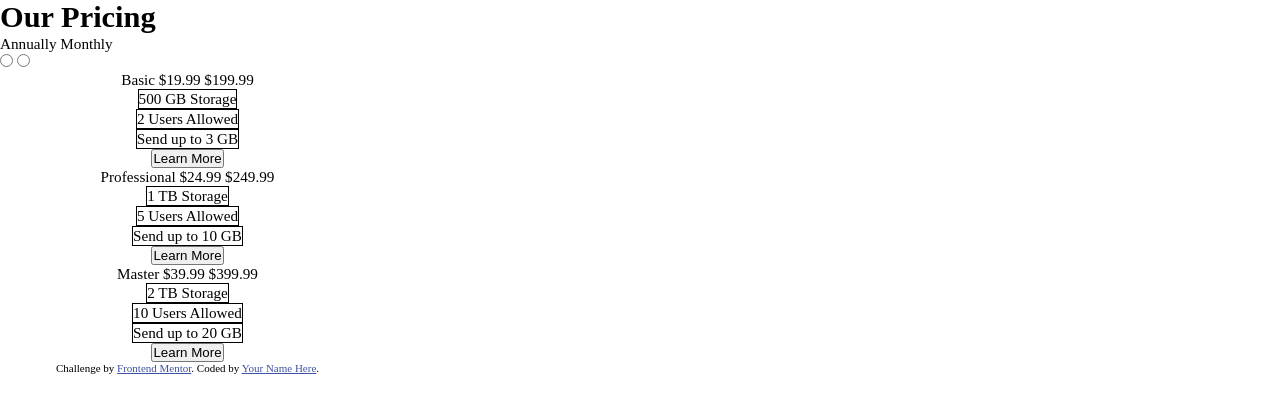
Repository: JuzzJoel/pricing-component-with-toggle-master
Page: index.html
The author's editor kept a copy of each file at every save. The page is drawn from the files as they stood at one save, then again after the next save.
The browser window is 1280 px wide. The pictures show the whole page.

Above is the page before, as saved 2025-05-24 08:00:49.

After the next save:
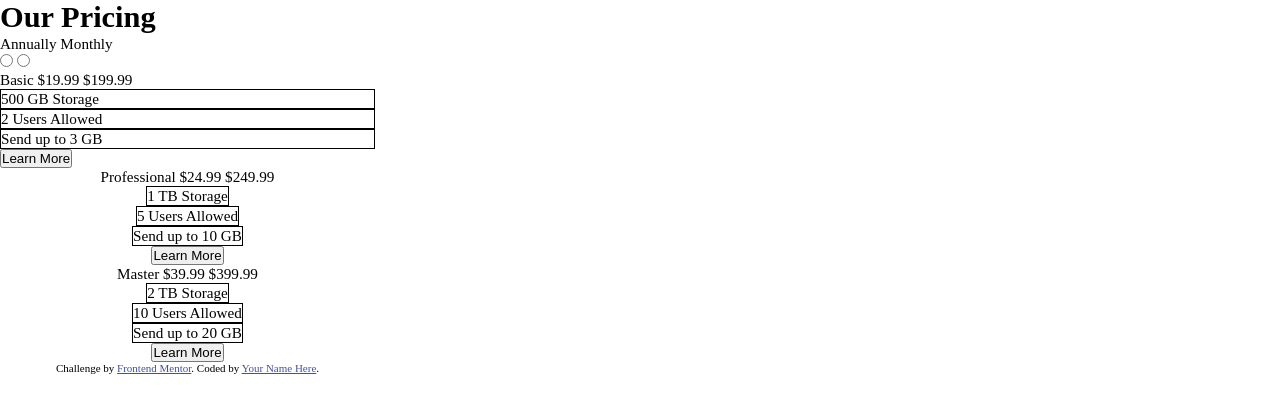
Saved 8 s later.
--- a/index.html
+++ b/index.html
@@ -102,7 +102,7 @@ body{
       </div>
       <div class="body">
         <div class="content">
-          <div class="card">
+          <div class="card-container">
 
             <div class="rows-head">Basic
             &dollar;19.99
